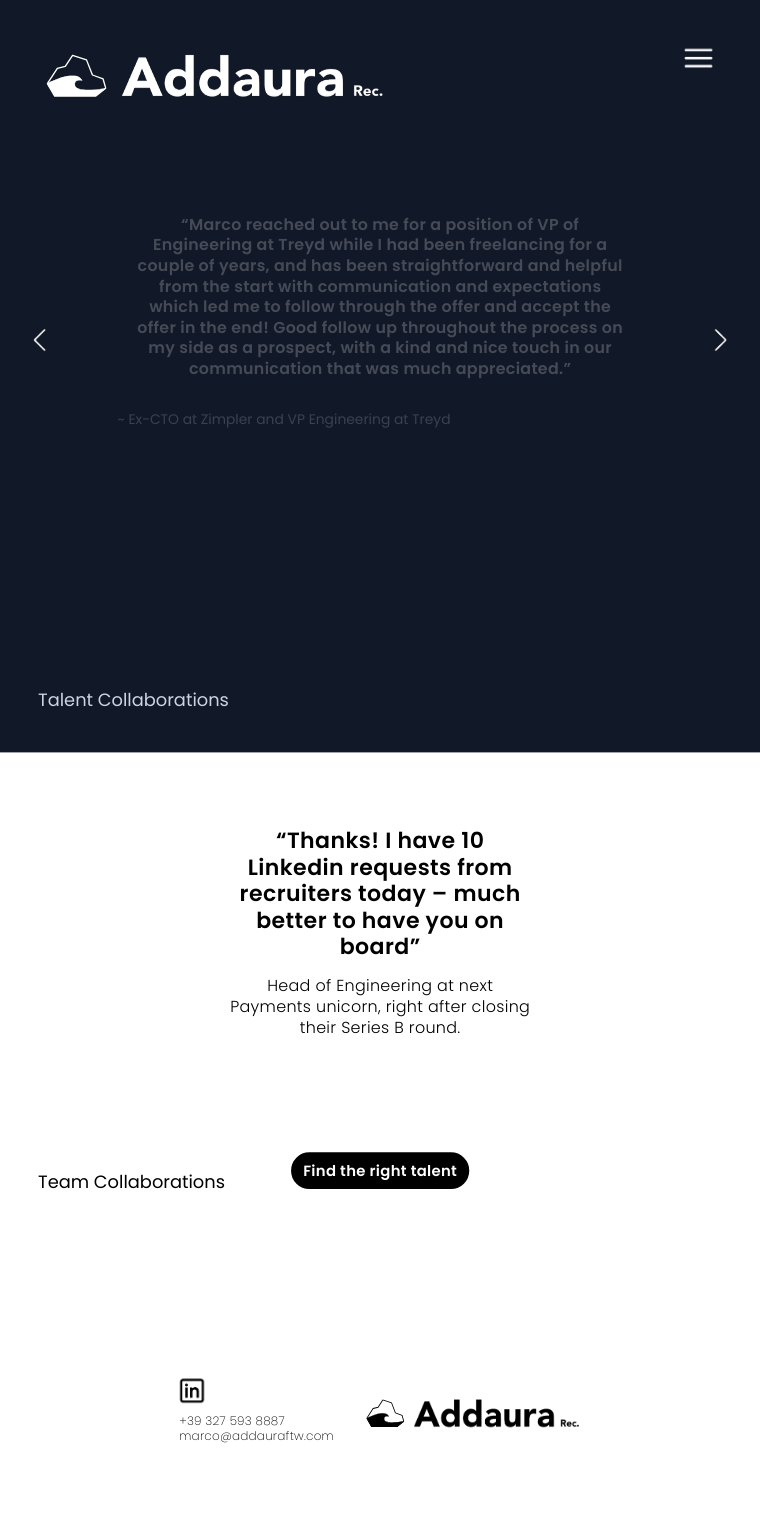
Repository: UnatPannu/Addaura-Trial
Page: public/clients.html
An editor plug-in stored every save of this project. The page is shown before and after the next save, followed by the edit.
The browser window is 768 px wide. The pictures show the whole page, at 99% of full size.

Above is the page before, as saved 2025-09-22 19:41:05.

After the next save:
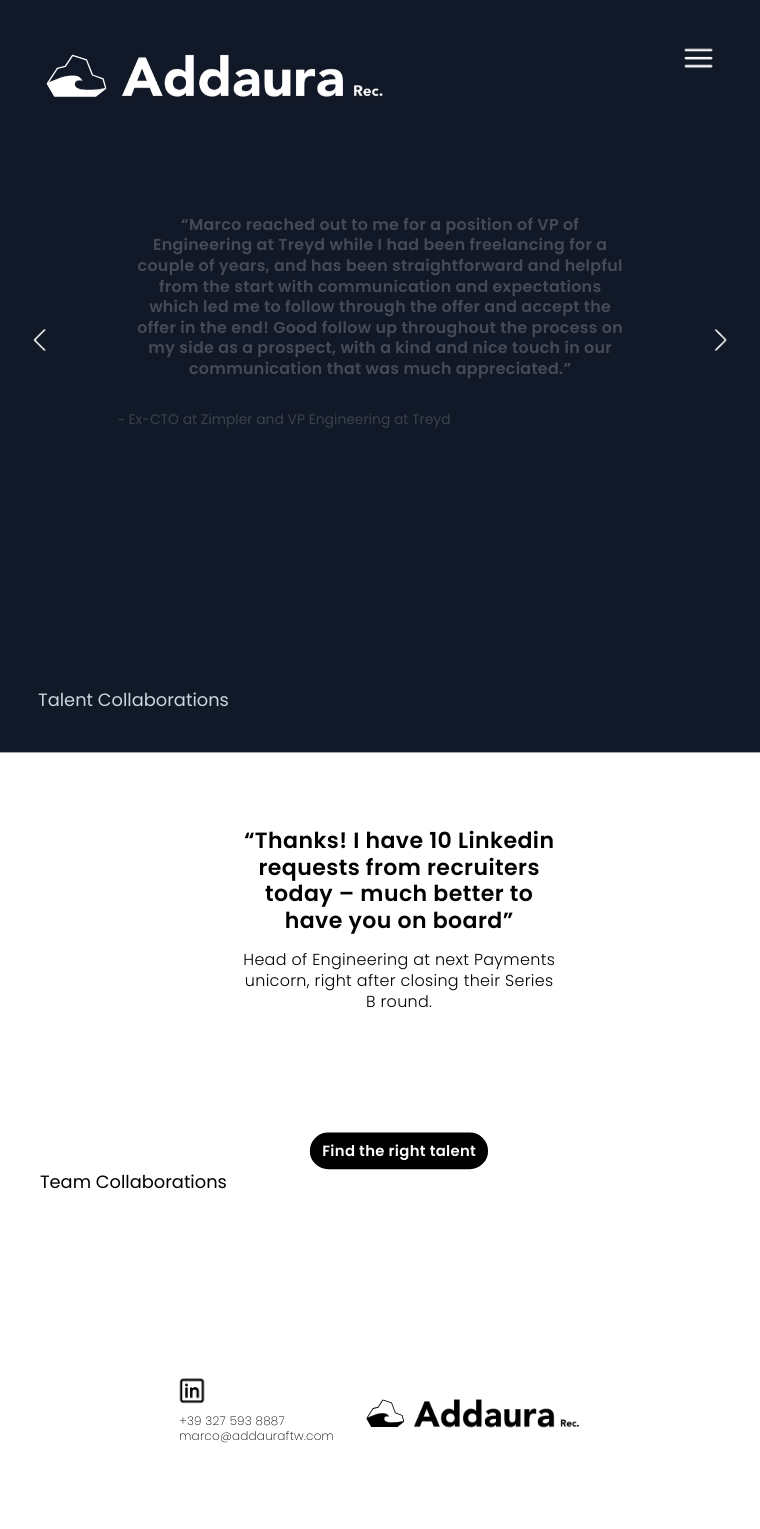
Saved 5 s later.
--- a/public/styles/clients.css
+++ b/public/styles/clients.css
@@ -172,6 +172,6 @@
     border:2px solid black;
   }
   .team-section{
-    width:100%;
+    width:105%;
   }
 }

After the 2 saves that followed:
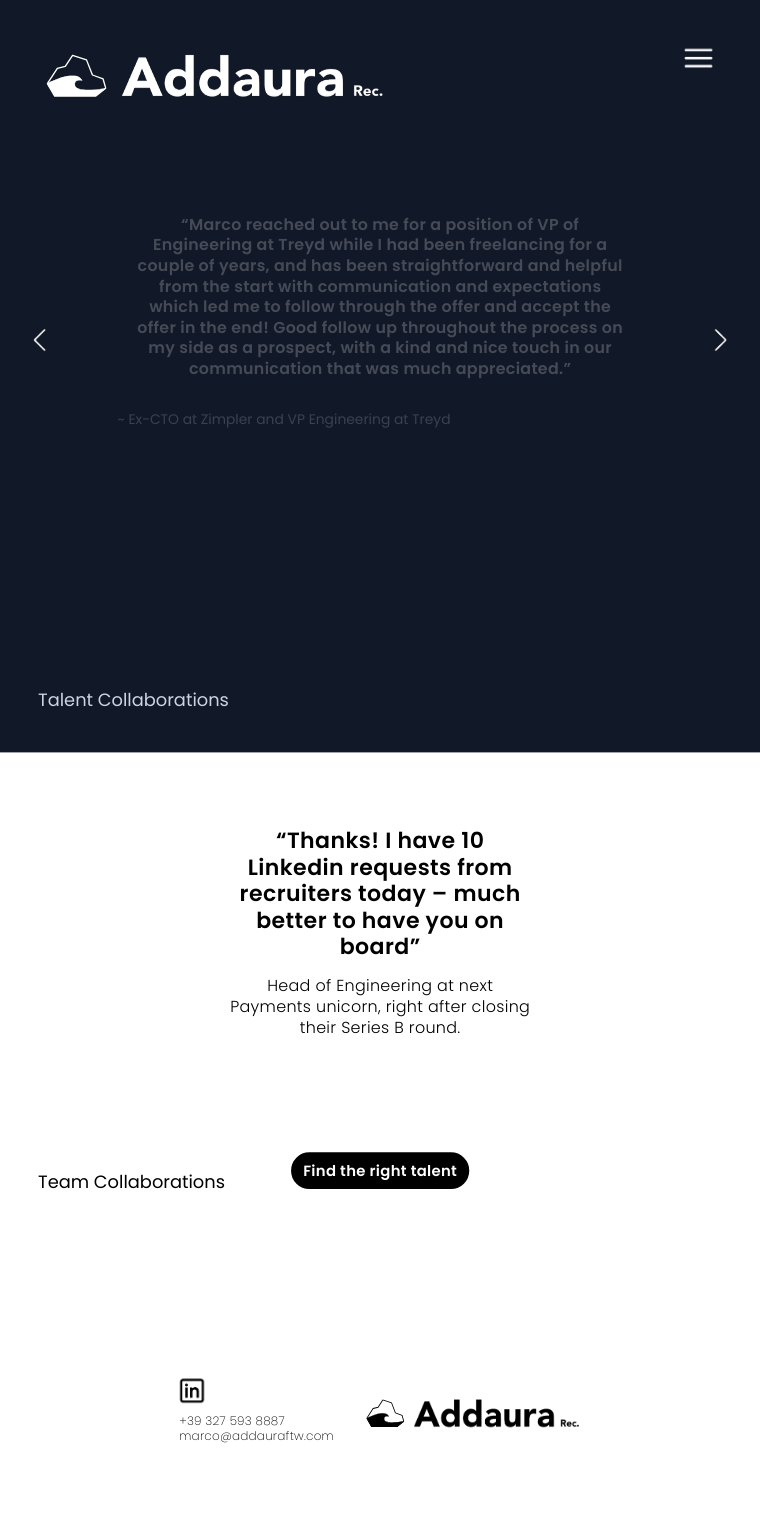
The 2 saves are shown as one change because they came seconds apart.
The last was saved 11 s later.
--- a/public/styles/clients.css
+++ b/public/styles/clients.css
@@ -172,6 +172,6 @@
     border:2px solid black;
   }
   .team-section{
-    width:105%;
+    width:;
   }
 }
